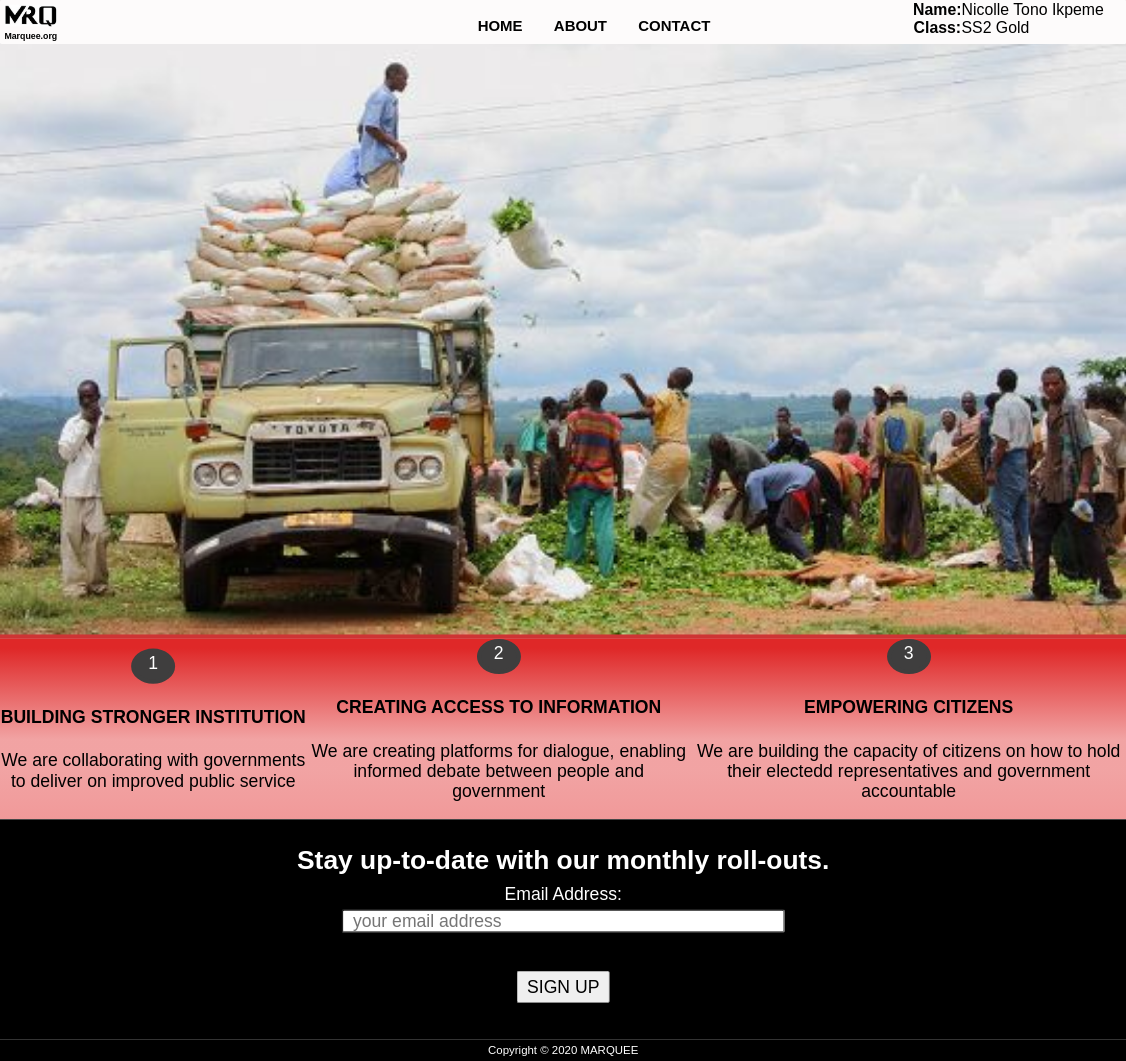
Repository: pboi18/Marquee.org
Page: home.html
An editor plug-in stored every save of this project. The page is shown before and after the next save, followed by the edit.
The browser window is 1280 px wide. The pictures show the whole page, at 88% of full size.

Above is the page before, as saved 2020-07-11 20:04:35.

After the next save:
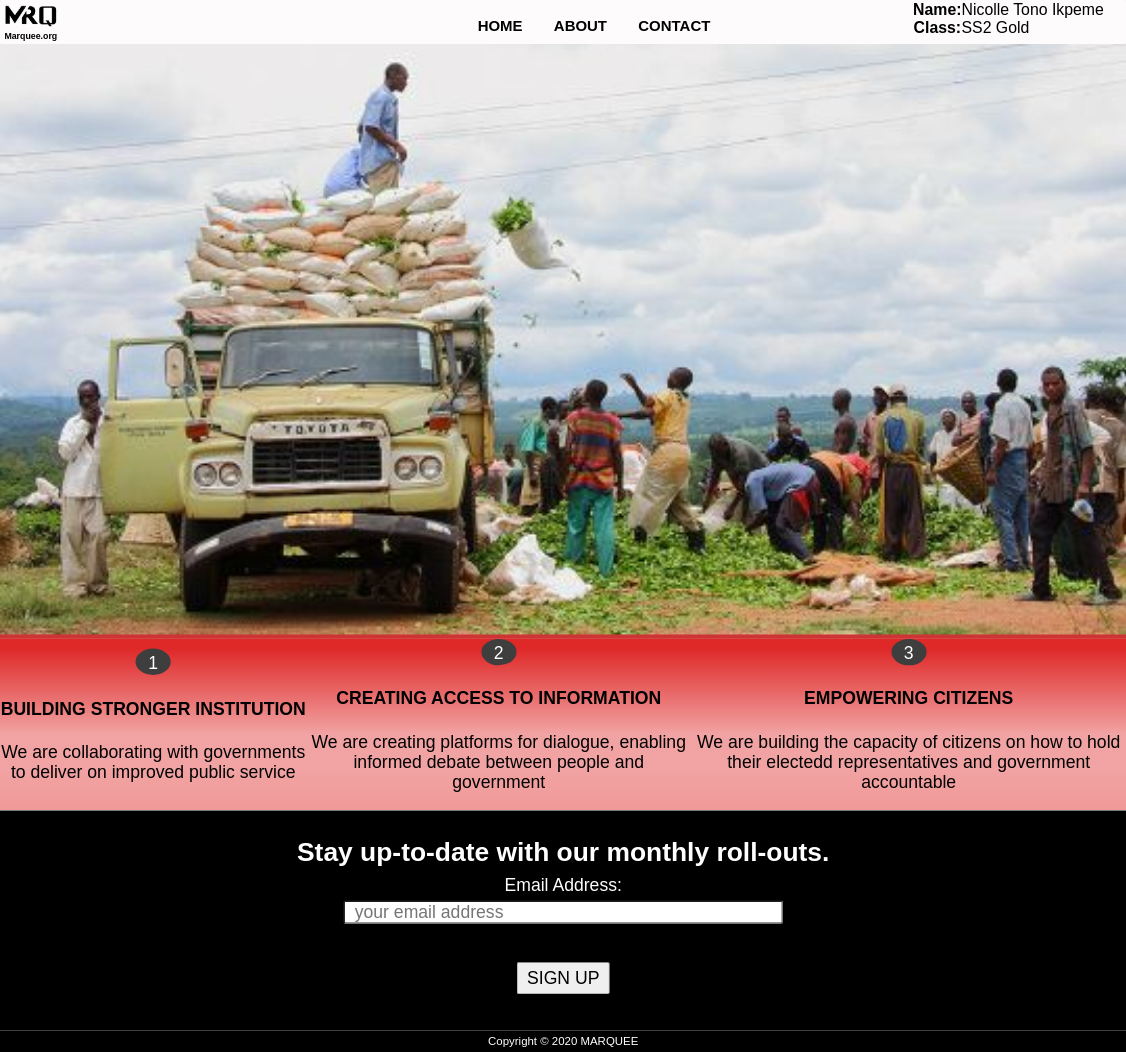
Saved 59 min 4 s later.
--- a/style.css
+++ b/style.css
@@ -1,7 +1,7 @@
 * {
     margin: o;
     padding: 0;
-    /* box-sizing: border-box; */
+    box-sizing: border-box;
 }
 
 html {
